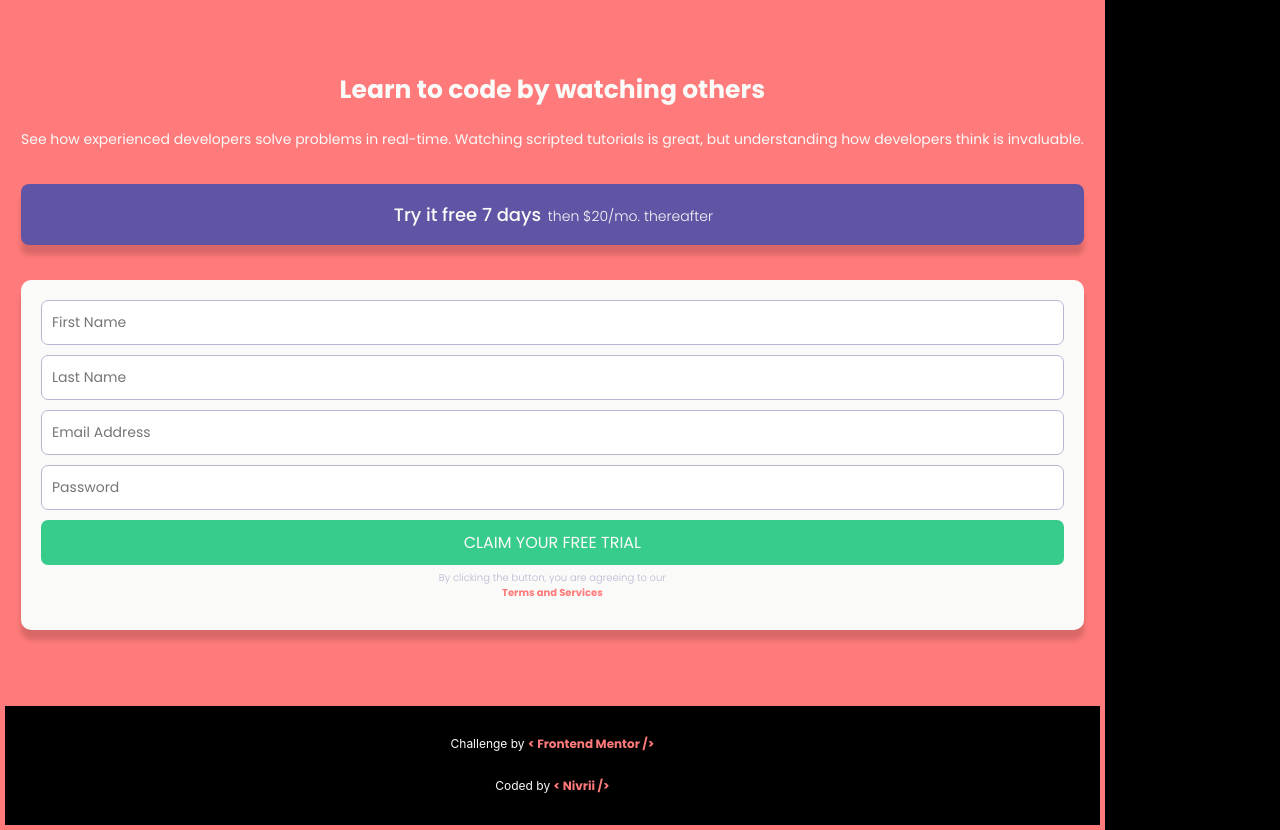
Repository: nivrii/intro-component-with-signup
Page: /
An editor plug-in stored every save of this project. The page is shown before and after the next save, followed by the edit.
The browser window is 1280 px wide. The pictures show the whole page.
The project was rebuilt for these pictures with package versions that can differ from the ones it lists, and the page was loaded fresh each time. Also part of the build but not shown: vite.config.js.

Above is the page before, as saved 2023-10-19 16:16:20.

After the next save:
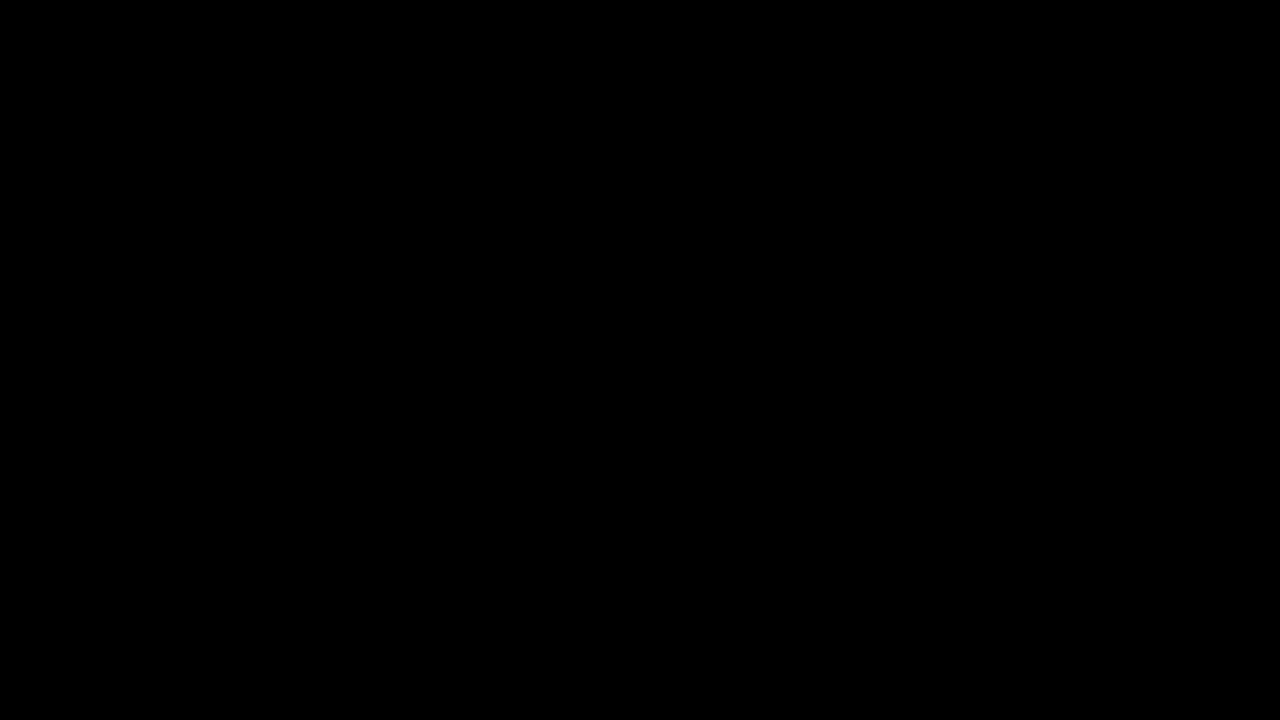
Console error (its wording comes from the project's code and is left out).
Saved 3 min 6 s later.
--- a/src/Container/Form/Form.jsx
+++ b/src/Container/Form/Form.jsx
@@ -31,8 +31,7 @@
   };
   const handleEmail = (e) => {
     e.preventDefault();
-    const regex =
-      /^(([^<>()[]\\.,;:s@"]+(.[^<>()[]\\.,;:s@"]+)*)|(".+"))@(([[0-9]{1,3}.[0-9]{1,3}.[0-9]{1,3}.[0-9]{1,3}])|(([a-zA-Z-0-9]+.)+[a-zA-Z]{2,}))$/;
+
     let value = e.target.value.trim();
     if (value === "") {
       document.querySelector(".email-input").classList.add("input-error");
@@ -40,12 +39,13 @@
     } else {
       setEmailEmpty(false);
     }
-    if (!email.match(regex)) {
-      setEmailMatch(false);
-    }
     setEmail(value);
   };
-
+  const regex =
+      /^(([^<>()[]\\.,;:s@"]+(.[^<>()[]\\.,;:s@"]+)*)|(".+"))@(([[0-9]{1,3}.[0-9]{1,3}.[0-9]{1,3}.[0-9]{1,3}])|(([a-zA-Z-0-9]+.)+[a-zA-Z]{2,}))$/;
+  if (!email.match(regex)) {
+    setEmailMatch(false);
+  }
 
   const handlePassword = (e) => {
     e.preventDefault();

After the save that followed:
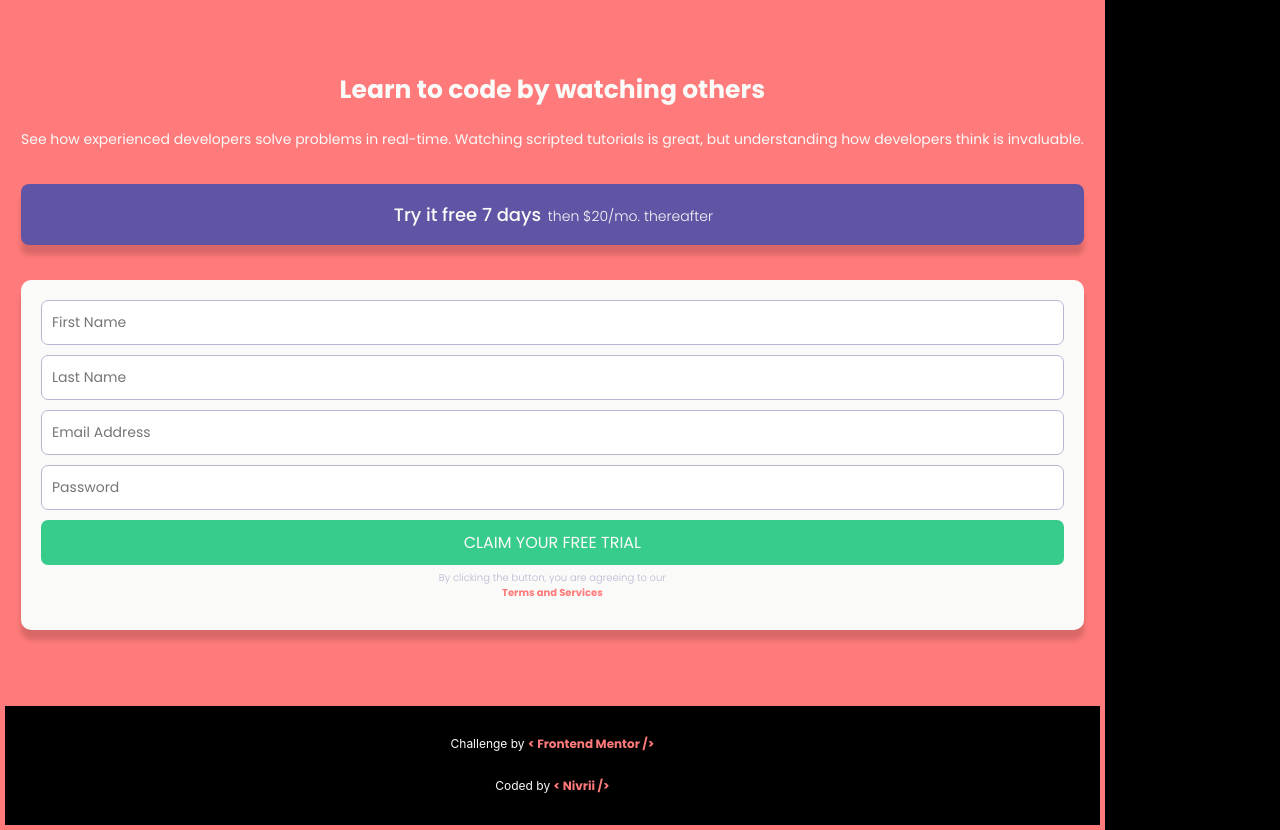
The error is gone.
Saved 70 s later.
--- a/src/Container/Form/Form.jsx
+++ b/src/Container/Form/Form.jsx
@@ -41,11 +41,14 @@
     }
     setEmail(value);
   };
-  const regex =
+  const emailMatcher = () => {
+    const regex =
       /^(([^<>()[]\\.,;:s@"]+(.[^<>()[]\\.,;:s@"]+)*)|(".+"))@(([[0-9]{1,3}.[0-9]{1,3}.[0-9]{1,3}.[0-9]{1,3}])|(([a-zA-Z-0-9]+.)+[a-zA-Z]{2,}))$/;
   if (!email.match(regex)) {
     setEmailMatch(false);
   }
+  }
+
 
   const handlePassword = (e) => {
     e.preventDefault();
